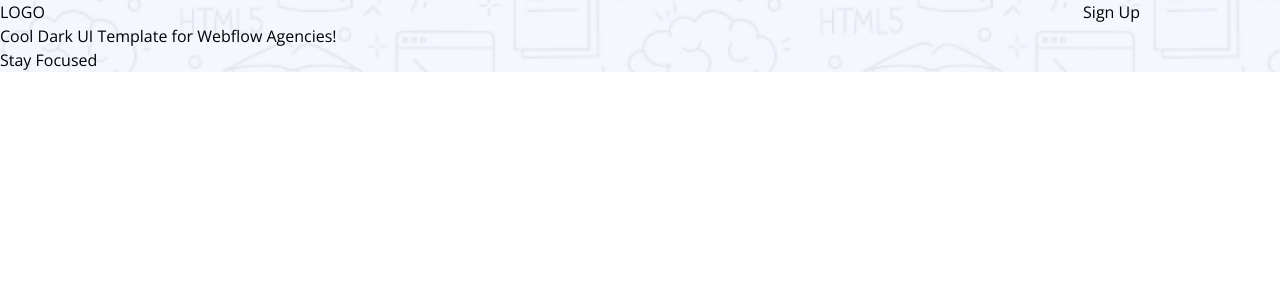
Repository: nahid-hasann/website-3
Page: index.html
These files come from the project's save history. The page is drawn as it stood at one moment and after a run of saves; the edit follows.
The browser window is 1280 px wide. The pictures show the whole page.
Some web libraries are served in a nearby version.

Above is the page before, as saved 2025-07-10 19:17:58.

After the next 2 saves:
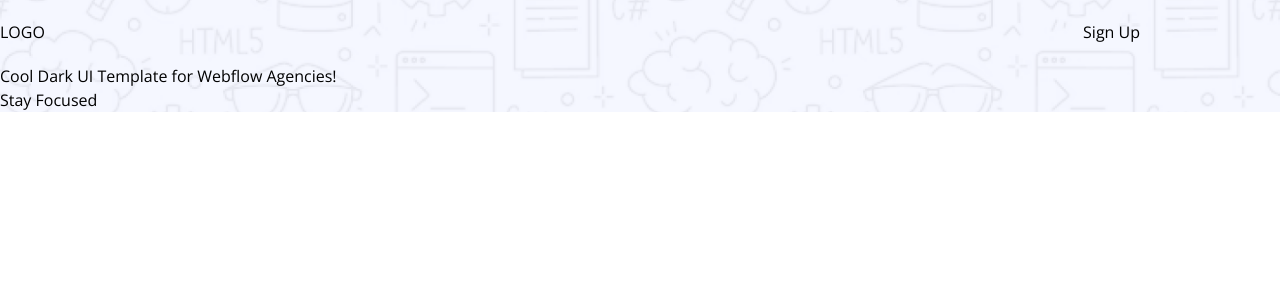
The 2 saves are shown as one change because they came seconds apart.
The last was saved 7 s later.
--- a/style.css
+++ b/style.css
@@ -23,6 +23,6 @@
 .section-1{
     display: flex;
     justify-content: space-between;
-    padding: ;
+    padding: 20px 0;
     width: 1140px;
 }
